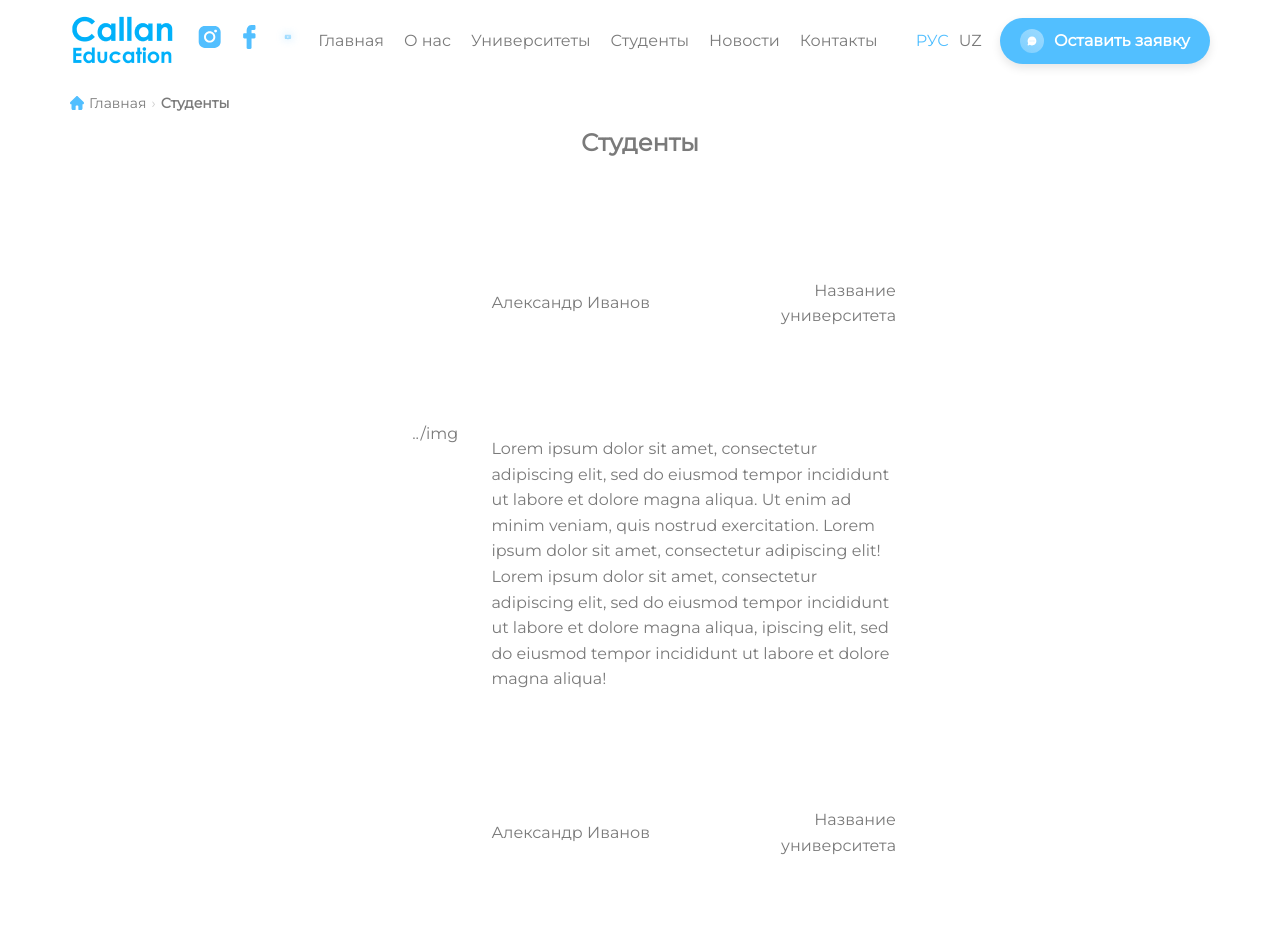
Repository: olyakorzh/Team-project-1
Page: assets/pages/students.html
An editor plug-in stored every save of this project. The page is shown before and after a run of saves, followed by the edit.
The browser window is 1280 px wide. The pictures show the part of the page from y = 0 to 952 px (the page is 3220 px tall).
A picture or video elsewhere on the page could not be fetched, so the positions and the page height are approximate.

Above is the page before, as saved 2024-12-08 11:28:55.

After the next 10 saves:
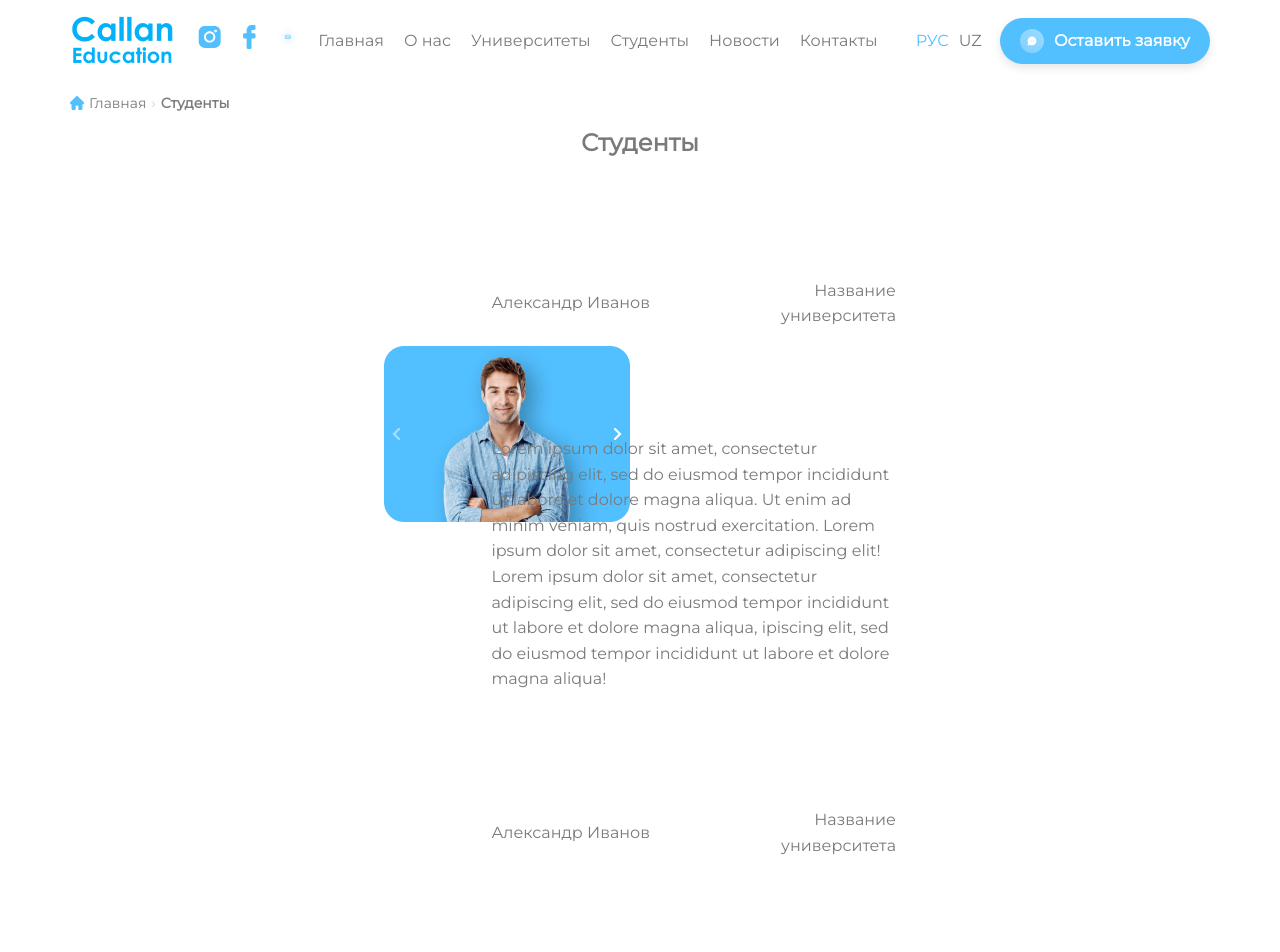
The 10 saves are shown as one change because they came seconds apart.
The last was saved 45 s later.
--- a/assets/pages/students.html
+++ b/assets/pages/students.html
@@ -105,7 +105,7 @@
           <h2>Студенты</h2>
           <div class="basic">
           <div class="containerstudent">
-          <div class="block_foto">../img</div>
+          <div class="block_foto"><img src="../img/students.img/photo.png" alt=""></div>
           <div class="block1">Александр Иванов</div>
           <div class="block2">Название университета</div>
           <div class="block3">Lorem ipsum dolor sit amet, consectetur adipiscing elit, sed do eiusmod tempor incididunt ut labore et dolore magna aliqua. Ut enim ad minim veniam, quis nostrud exercitation. Lorem ipsum dolor sit amet, consectetur adipiscing elit! Lorem ipsum dolor sit amet, consectetur adipiscing elit, sed do eiusmod tempor incididunt ut labore et dolore magna aliqua, ipiscing elit, sed do eiusmod tempor incididunt ut labore et dolore magna aliqua!</div>

After the save that followed:
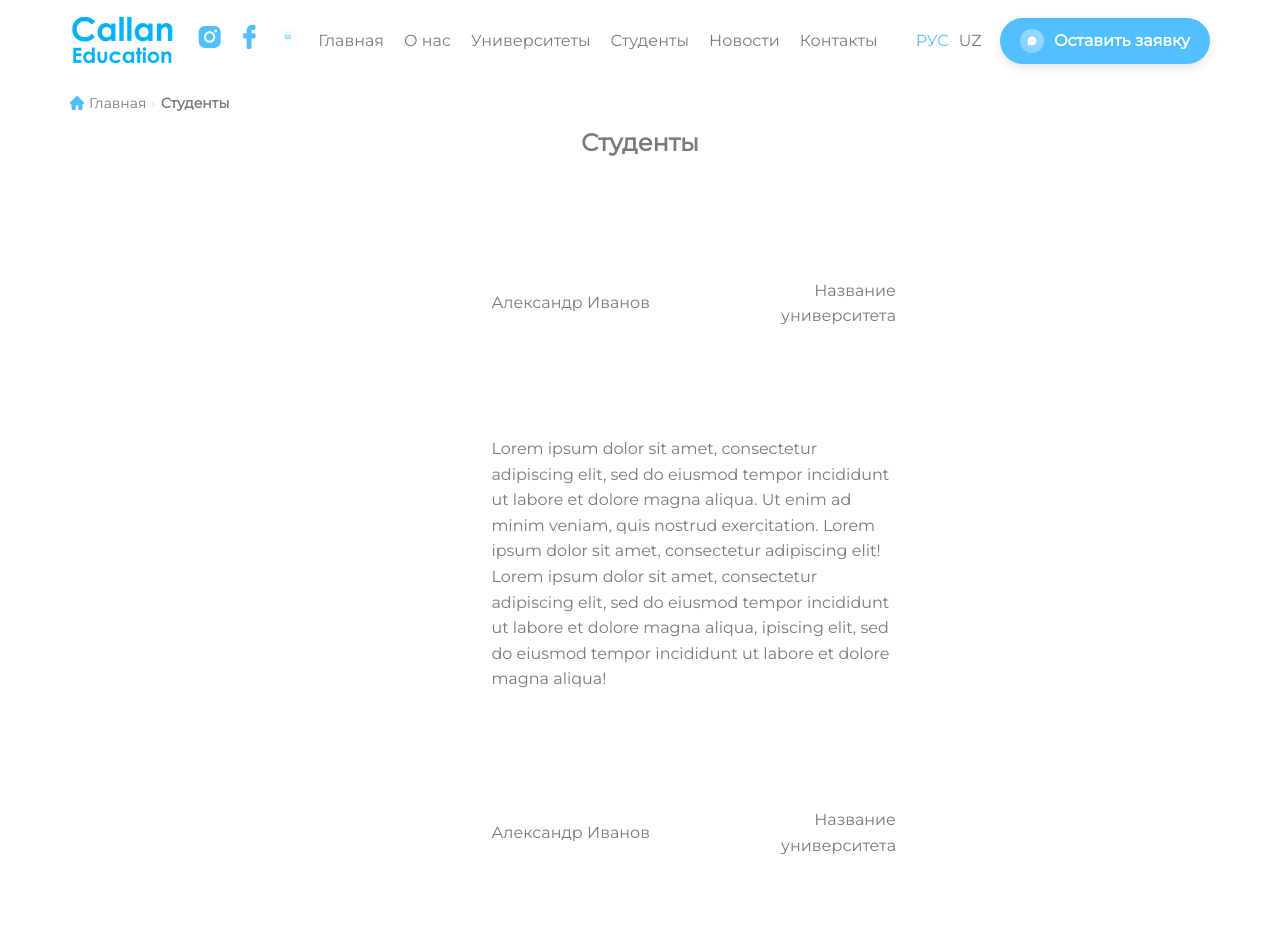
Not found: assets/img/students.img/photo.pngФото студента
Saved 8 s later.
--- a/assets/pages/students.html
+++ b/assets/pages/students.html
@@ -105,7 +105,7 @@
           <h2>Студенты</h2>
           <div class="basic">
           <div class="containerstudent">
-          <div class="block_foto"><img src="../img/students.img/photo.png" alt=""></div>
+          <div class="block_foto"><img src="../img/students.img/photo.pngФото студента" alt=""></div>
           <div class="block1">Александр Иванов</div>
           <div class="block2">Название университета</div>
           <div class="block3">Lorem ipsum dolor sit amet, consectetur adipiscing elit, sed do eiusmod tempor incididunt ut labore et dolore magna aliqua. Ut enim ad minim veniam, quis nostrud exercitation. Lorem ipsum dolor sit amet, consectetur adipiscing elit! Lorem ipsum dolor sit amet, consectetur adipiscing elit, sed do eiusmod tempor incididunt ut labore et dolore magna aliqua, ipiscing elit, sed do eiusmod tempor incididunt ut labore et dolore magna aliqua!</div>
